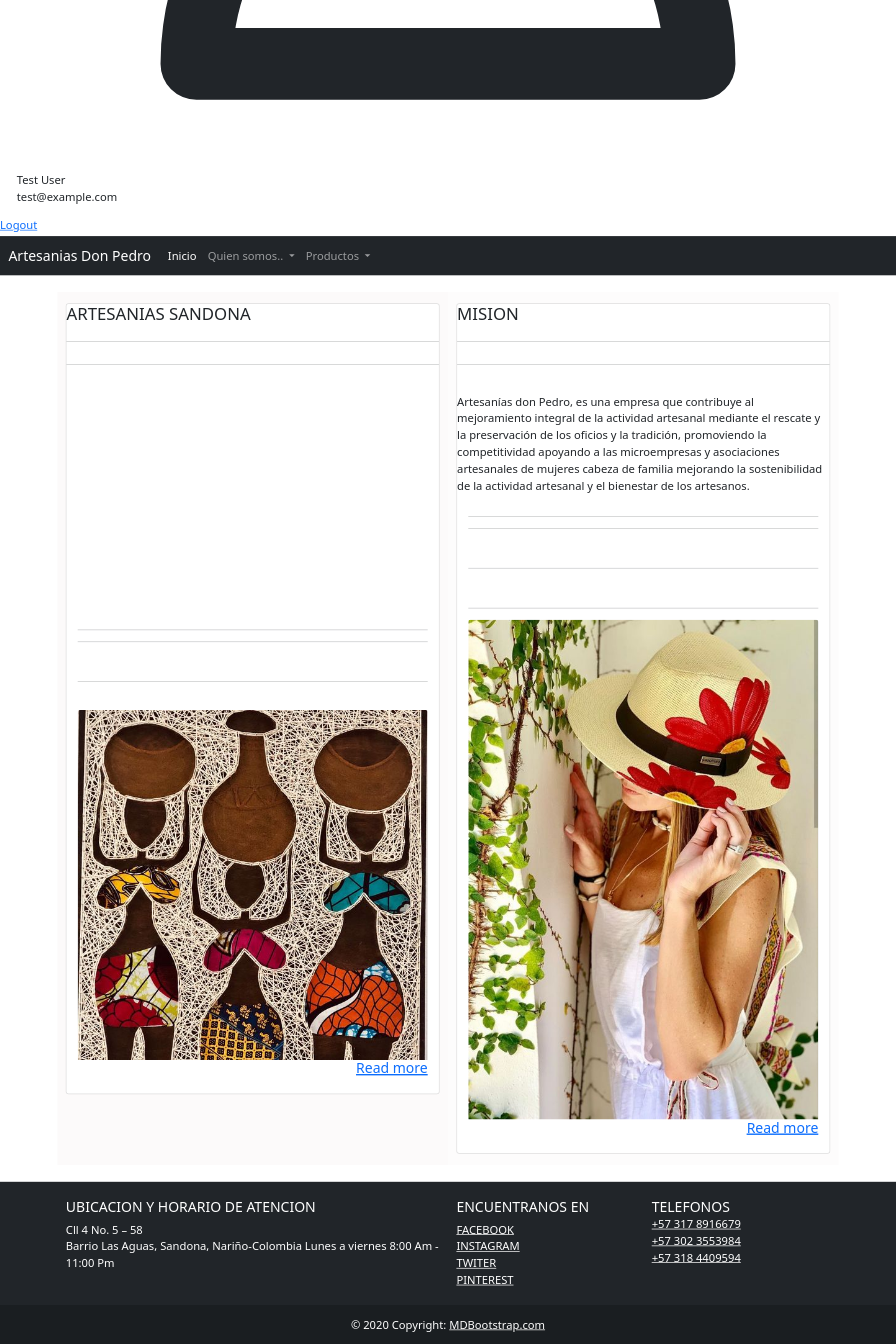
Repository: PG210/taller_artesania
Page: http://localhost/arte/mision
An editor plug-in stored every save of this project. The page is shown before and after the next save, followed by the edit.
The browser window is 1280 px wide. The pictures show the part of the page from y = 2506 to 4426 px (the page is 4426 px tall), at 70% of full size.
Pictures or frames that could not be fetched are drawn as grey boxes. The page is served by the project's Laravel application, run on PHP 8.4 with Laravel 8. A made-up administrator, Test User (test@example.com), is signed in.

Above is the page before, as saved 2021-01-14 16:20:44.

After the next save:
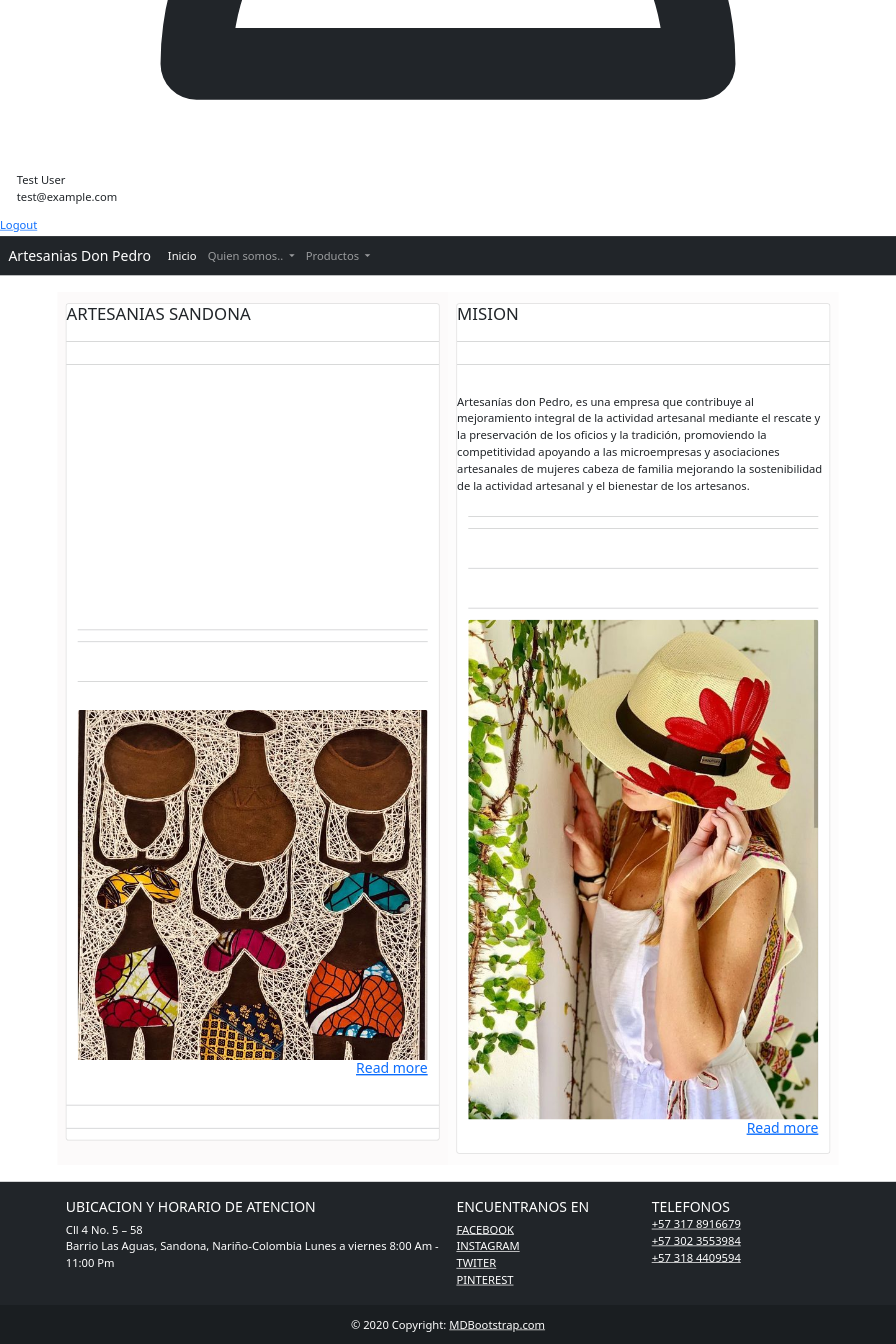
Saved 44 s later.
--- a/resources/views/arte/mision.blade.php
+++ b/resources/views/arte/mision.blade.php
@@ -62,6 +62,8 @@
                         </a>
 
                     </div>
+                    <hr class="hr-light">
+                    <hr class="hr-light">
 
                 </div>
                 <!-- Card Dark -->
